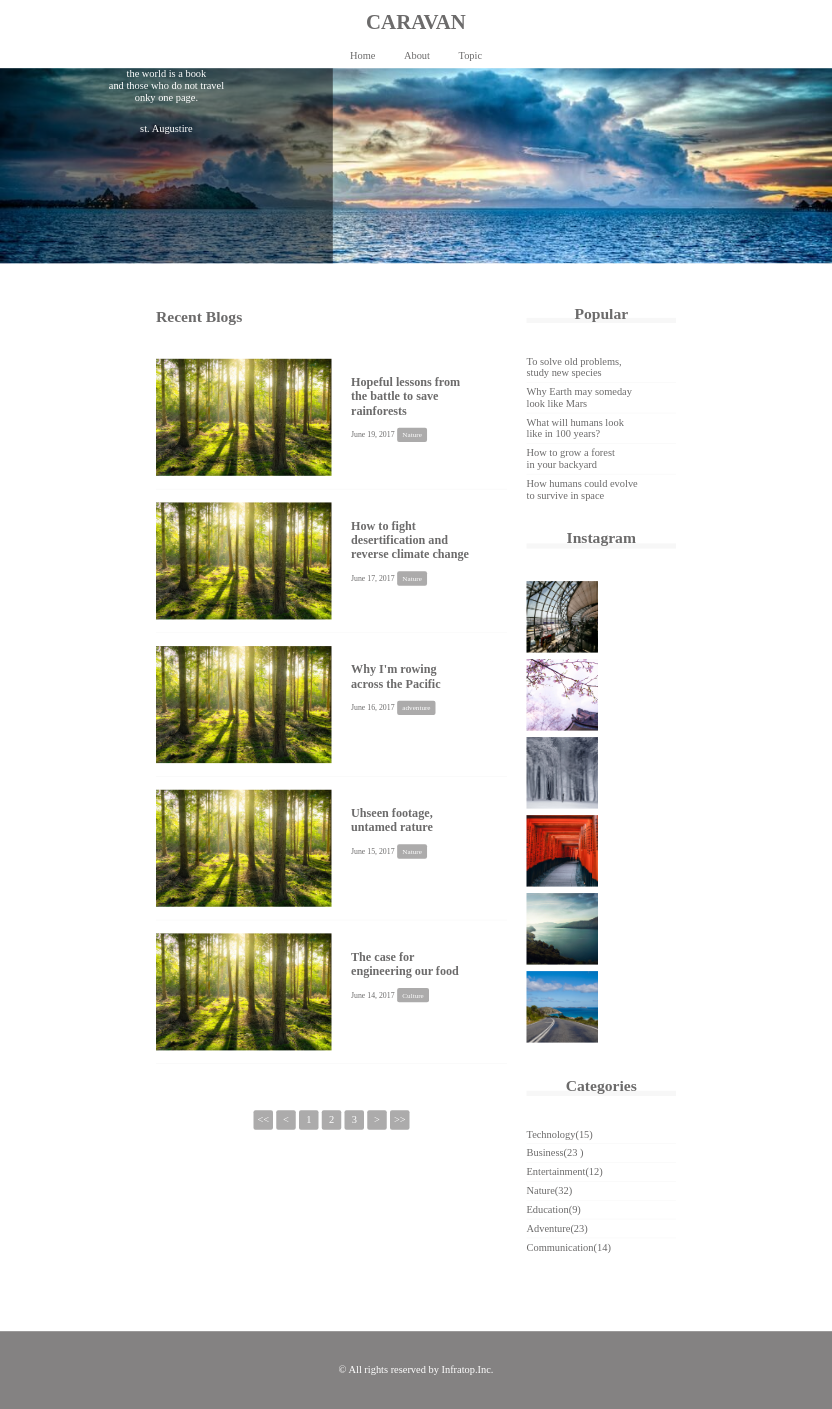
Repository: ishidaryu/ishidaryu
Page: caravan/index.html
The author's editor kept a record of every edit. The page is drawn from the files as they stood at one moment, then again after the next edit.
The browser window is 1280 px wide. The pictures show the whole page, at 65% of full size.

Above is the page before.

After the next edit:
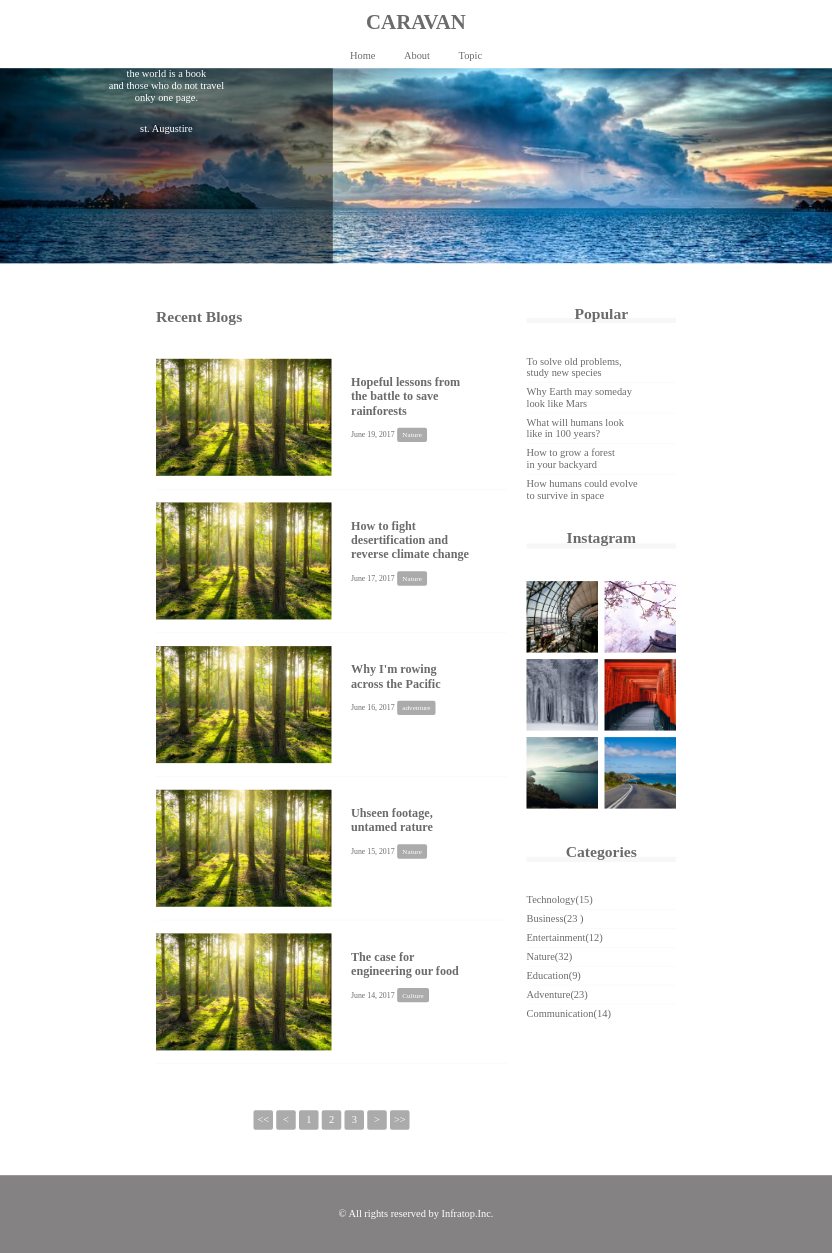
The edit:
--- a/caravan/style.css
+++ b/caravan/style.css
@@ -155,7 +155,7 @@
   border: none;
 }
 
-.instagram .sideba-comtents {
+.instagram .sidebar-contents {
 display: flex;
 flex-wrap:wrap;
 }
